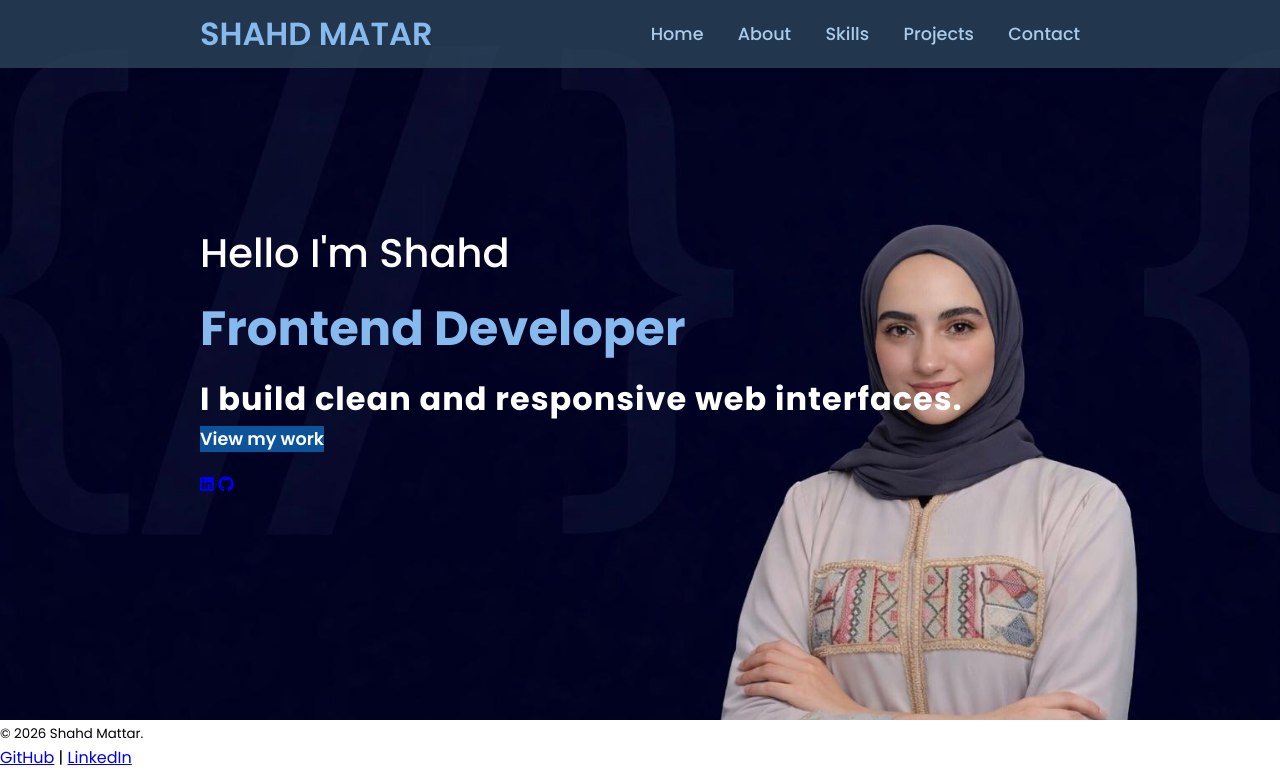
Repository: shahdmattar/personal-landing-page
Page: index.html
An editor plug-in stored every save of this project. The page is shown before and after a run of saves, followed by the edit.
The browser window is 1280 px wide. The pictures show the whole page.
Backgrounds fixed to the window are drawn as part of the page.

Above is the page before, as saved 2026-04-15 11:58:58.

After the next 3 saves:
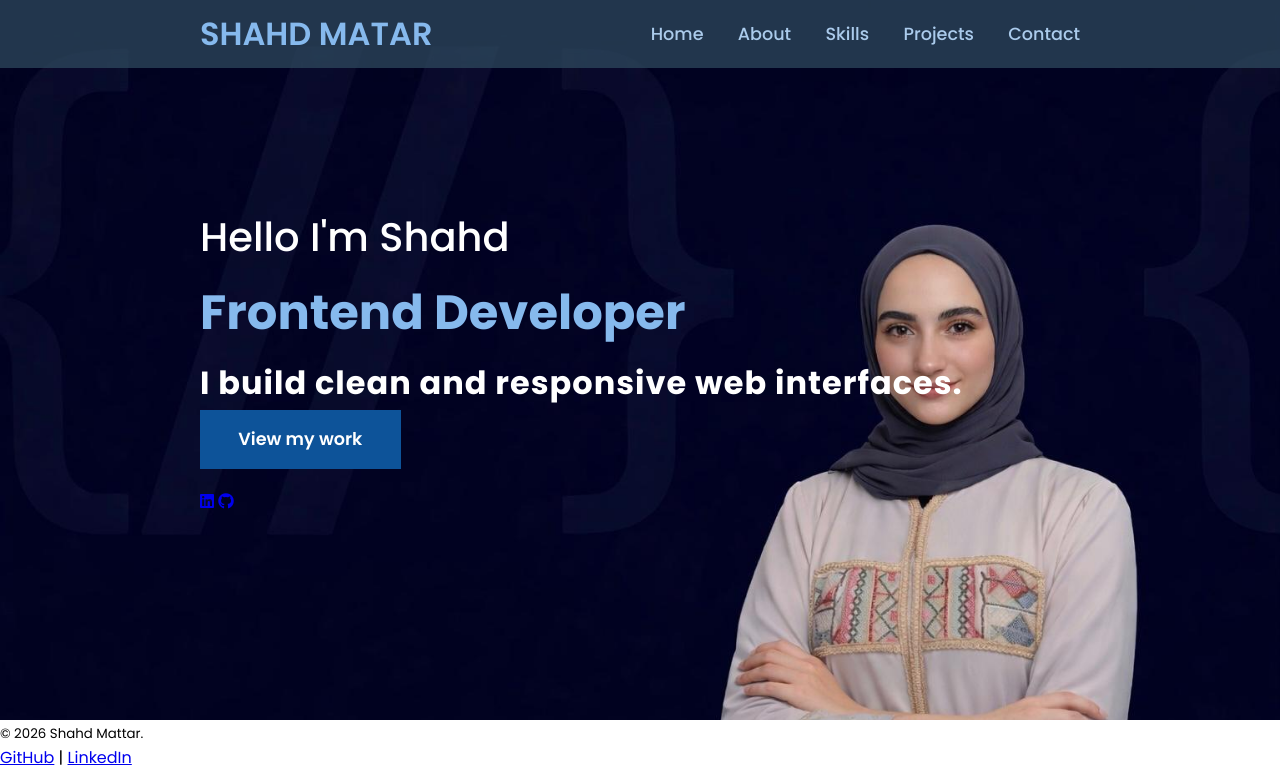
The 3 saves are shown as one change because they came seconds apart.
The last was saved 8 s later.
--- a/style.css
+++ b/style.css
@@ -86,7 +86,8 @@ section{
   font-size:1.1rem;
   font-weight:600;
   display:inline-block;
-  padding:0.9375em 2.1;
+  padding:0.9375em 2.178em;
+
 }
 .main .social-icons{
   margin-top: 20px;
